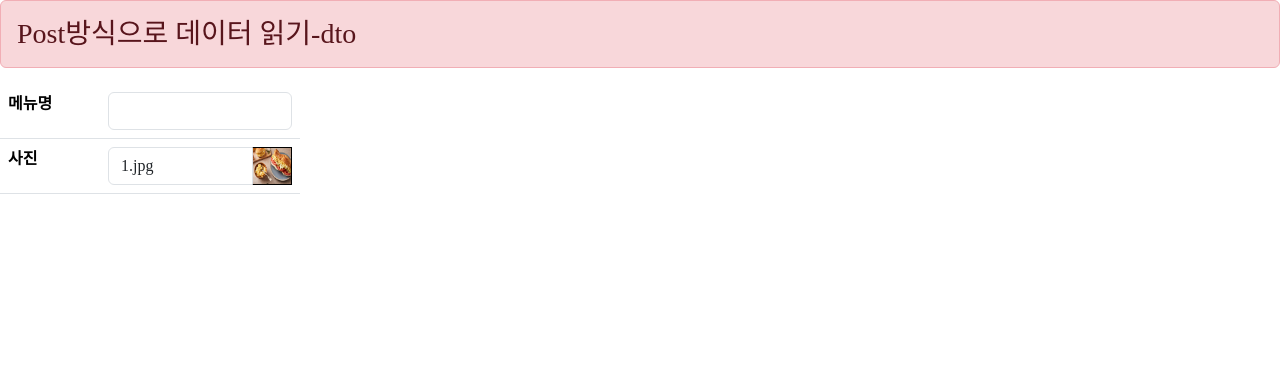
Repository: hyuck9409/newnaver0314
Page: http://localhost/SpringMvcEx2/form3
An editor plug-in stored every save of this project. The page is shown before and after the next save, followed by the edit.
The browser window is 1280 px wide. The pictures show the whole page.
Some web fonts or font styles are not loaded; a fallback is used. The page is served by Tomcat 9. Other server files are loaded and not shown.

Above is the page before, as saved 2024-05-20 03:20:33.

### naver0314devops11/springwork/SpringMvcEx2/src/main/webapp/WEB-INF/form3/myform3.jsp
<%@ page language="java" contentType="text/html; charset=UTF-8"
   pageEncoding="UTF-8"%>
<%@taglib prefix="c" uri="http://java.sun.com/jsp/jstl/core"%>
<%@taglib prefix="fmt" uri="http://java.sun.com/jsp/jstl/fmt" %>
<!DOCTYPE html>
<html>
<head>
<meta charset="UTF-8">
<title>Insert title here</title>
<link href="https://cdn.jsdelivr.net/npm/bootstrap@5.3.3/dist/css/bootstrap.min.css" rel="stylesheet">
<script src="https://cdn.jsdelivr.net/npm/bootstrap@5.3.3/dist/js/bootstrap.bundle.min.js"></script>
<link rel="stylesheet" href="https://cdn.jsdelivr.net/npm/bootstrap-icons@1.8.0/font/bootstrap-icons.css">
<link href="https://fonts.googleapis.com/css2?family=Caveat:wght@400..700&family=Dancing+Script:wght@400..700&family=East+Sea+Dokdo&family=Jua&family=Gaegu&family=Gamja+Flower&family=Pacifico&family=Single+Day&display=swap" rel="stylesheet">
   <script src="https://code.jquery.com/jquery-3.7.0.js"></script>
   <style>
       body *{
           font-family: 'Jua';
       }
   </style>
</head>
<body>
<h3 class="alert alert-danger">Post방식으로 데이터 읽기-dto</h3>
<form action="./read3" method="post">
<table class="table" style="width:300px;">
<tr>
<th width="100">메뉴명</th>
<td>
<input type="text" name="foodname" class="form-control">
</td>
</tr>

<tr>
<th width="100">사진</th>
<td class="input-group">
<select name="foodphoto" id="fphoto" class="form-control">
<c:forEach var="s" begin="1" end="12">
<option>${s}.jpg</option>
</c:forEach>
</select>
<img src="./image/1.jpg" width="40" border="1" id="foodphoto">
<script type="text/javascript">
$("#fphoto").change(function(){
	$("#foodphoto").attr("src","./image/"+$(this).val());
});
</script>
</td>
</tr>
</table>
</form>
</body>
</html>

After the next save:
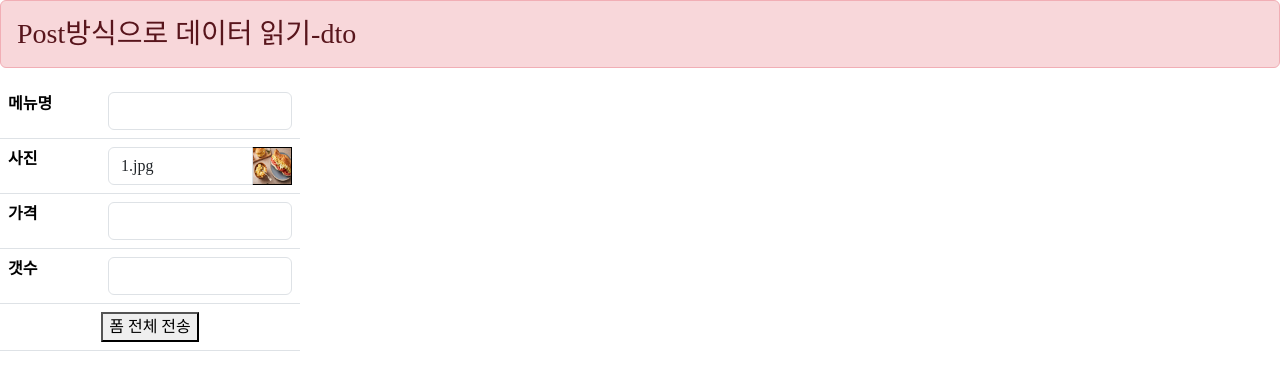
Saved 4 min 35 s later.
--- a/naver0314devops11/springwork/SpringMvcEx2/src/main/webapp/WEB-INF/form3/myform3.jsp
+++ b/naver0314devops11/springwork/SpringMvcEx2/src/main/webapp/WEB-INF/form3/myform3.jsp
@@ -45,6 +45,26 @@ $("#fphoto").change(function(){
 </script>
 </td>
 </tr>
+
+<tr>
+<th width="100">가격</th>
+<td>
+<input type="text" name="price" class="form-control">
+</td>
+</tr>
+
+<tr>
+<th width="100">갯수</th>
+<td>
+<input type="text" name="cnt" class="form-control">
+</td>
+</tr>
+
+<tr>
+<td colspan="2" align="center">
+<button type="submit">폼 전체 전송</button>
+</td>
+</tr>
 </table>
 </form>
 </body>
